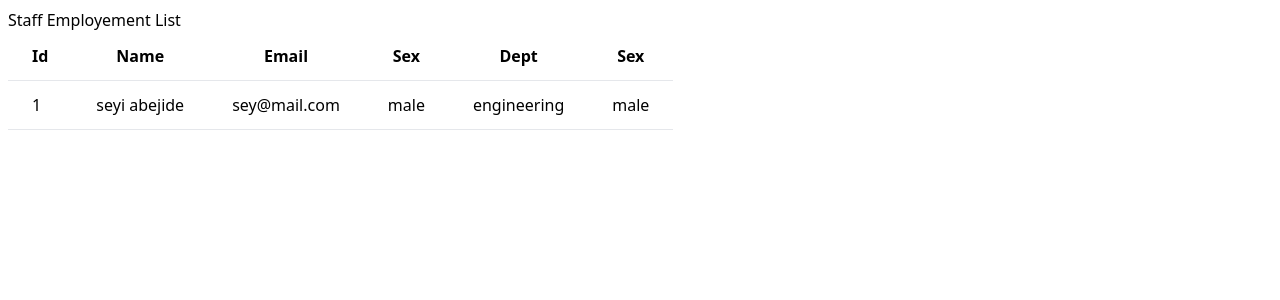
Repository: Semanmernstack/crud
Page: /
The author's editor kept a copy of each file at every save. The page is drawn from the files as they stood at one save, then again after the next save.
The browser window is 1280 px wide. The pictures show the whole page.
The project was rebuilt for these pictures with package versions that can differ from the ones it lists, and the page was loaded fresh each time. Also part of the build but not shown: src/Details.js, src/Create.js, src/Edit.js.

Above is the page before, as saved 2022-12-23 03:43:54.

After the next save:
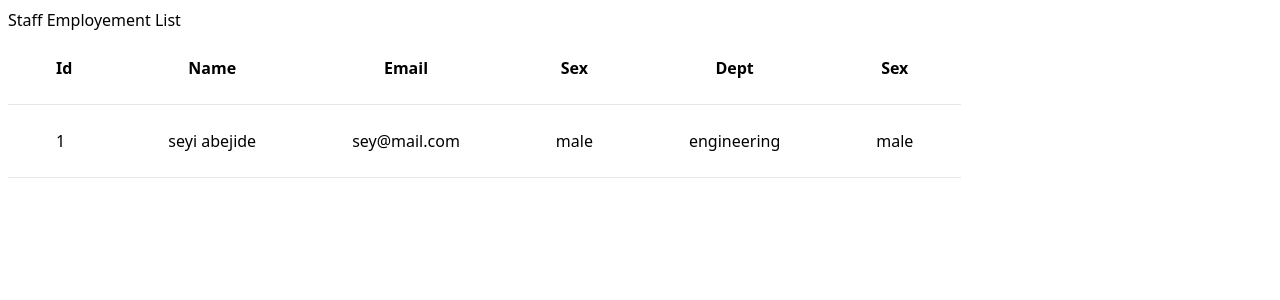
Saved 2 min 58 s later.
--- a/src/List.js
+++ b/src/List.js
@@ -11,24 +11,24 @@ function List() {
             <div className="">
             <thead>
                 <tr className="border-b">
-                    <th scope='col' className=" py-3 px-6">Id</th>
-                    <th scope='col' className=" py-3 px-6">Name</th>
-                    <th scope='col' className=" py-3 px-6">Email</th>
-                    <th scope='col' className=" py-3 px-6">Sex</th>
-                    <th scope='col' className=" py-3 px-6">Dept</th>
-                    <th scope='col' className=" py-3 px-6">Sex</th>
+                    <th scope='col' className=" py-6 px-12">Id</th>
+                    <th scope='col' className=" py-6 px-12">Name</th>
+                    <th scope='col' className=" py-6 px-12">Email</th>
+                    <th scope='col' className=" py-6 px-12">Sex</th>
+                    <th scope='col' className=" py-6 px-12">Dept</th>
+                    <th scope='col' className=" py-6 px-12">Sex</th>
 
                 </tr>
             </thead>
 
             <tbody>
                 <tr className="border-b">
-                    <td className=" py-3 px-6">1</td>
-                    <td className=" py-3 px-6" >seyi abejide</td>
-                    <td className=" py-3 px-6">sey@mail.com</td>
-                    <td className=" py-3 px-6">male</td>
-                    <td className=" py-3 px-6">engineering</td>
-                    <td className=" py-3 px-6">male</td>
+                    <td className=" py-6 px-12">1</td>
+                    <td className=" py-6 px-12" >seyi abejide</td>
+                    <td className=" py-6 px-12">sey@mail.com</td>
+                    <td className=" py-6 px-12">male</td>
+                    <td className=" py-6 px-12">engineering</td>
+                    <td className=" py-6 px-12">male</td>
                 </tr>
             </tbody>
             </div>
